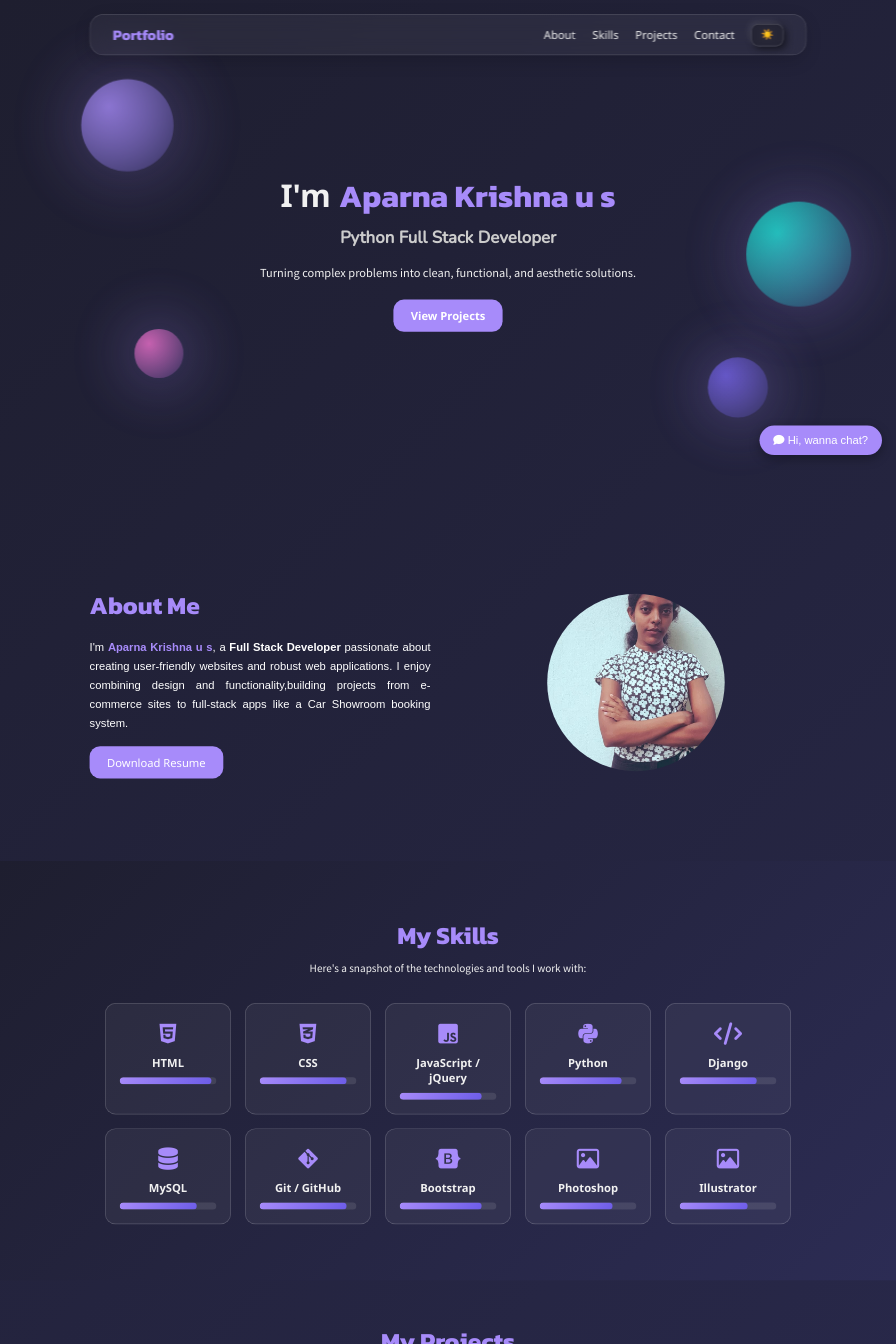
Repository: aparnakrishnaus/aparnakrishnaus_portfolio
Page: index.html
The author's editor kept a copy of each file at every save. The page is drawn from the files as they stood at one save, then again after the next save.
The browser window is 1280 px wide. The pictures show the part of the page from y = 0 to 1920 px (the page is 3334 px tall), at 70% of full size.

Above is the page before, as saved 2026-01-01 12:57:06.

After the next save:
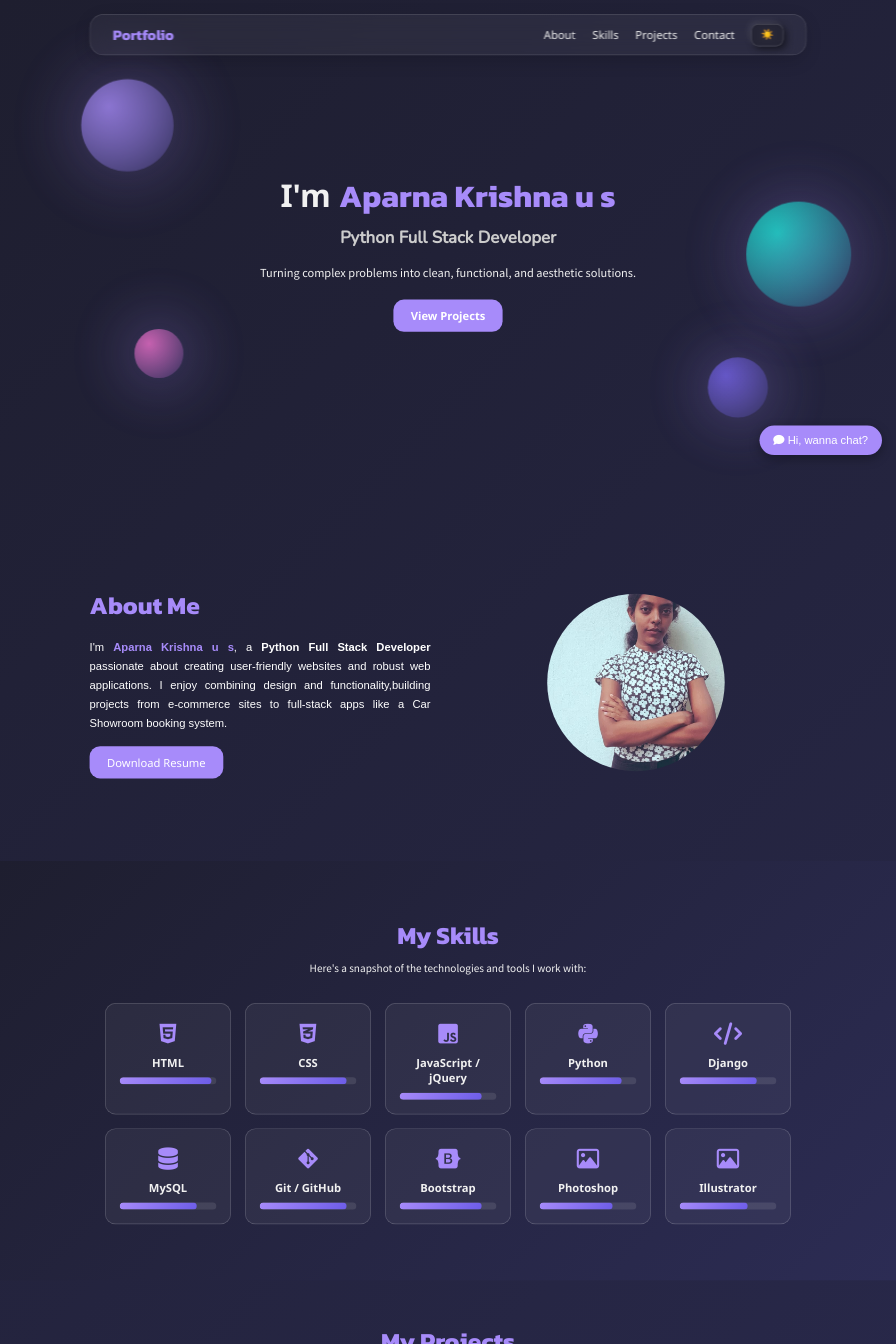
Saved 36 s later.
--- a/index.html
+++ b/index.html
@@ -57,7 +57,7 @@
       <div class="about-text">
         <h2>About Me</h2>
         <p>
-          I'm <span>Aparna Krishna u s</span>, a <strong>Full Stack Developer</strong> passionate about creating user-friendly websites and robust web applications. I enjoy combining design and functionality,building projects from e-commerce sites to full-stack apps like a Car Showroom booking system.
+          I'm <span>Aparna Krishna u s</span>, a <strong>Python Full Stack Developer</strong> passionate about creating user-friendly websites and robust web applications. I enjoy combining design and functionality,building projects from e-commerce sites to full-stack apps like a Car Showroom booking system.
         </p>
 
 
